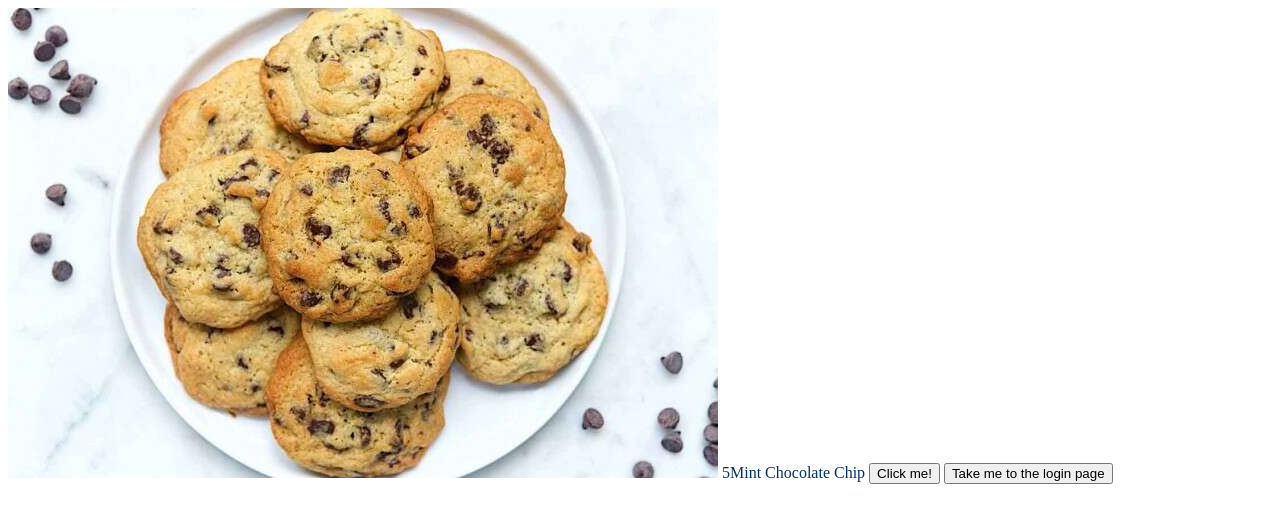
Repository: Alejandra-Pelayo/Alejandra-Pelayo.github.io
Page: 2.1.4/Global_Impact.html
The author's editor kept a record of every edit. The page is drawn from the files as they stood at one moment, then again after the next edit.
The browser window is 1280 px wide. The pictures show the whole page.

Above is the page before.

After the next edit:
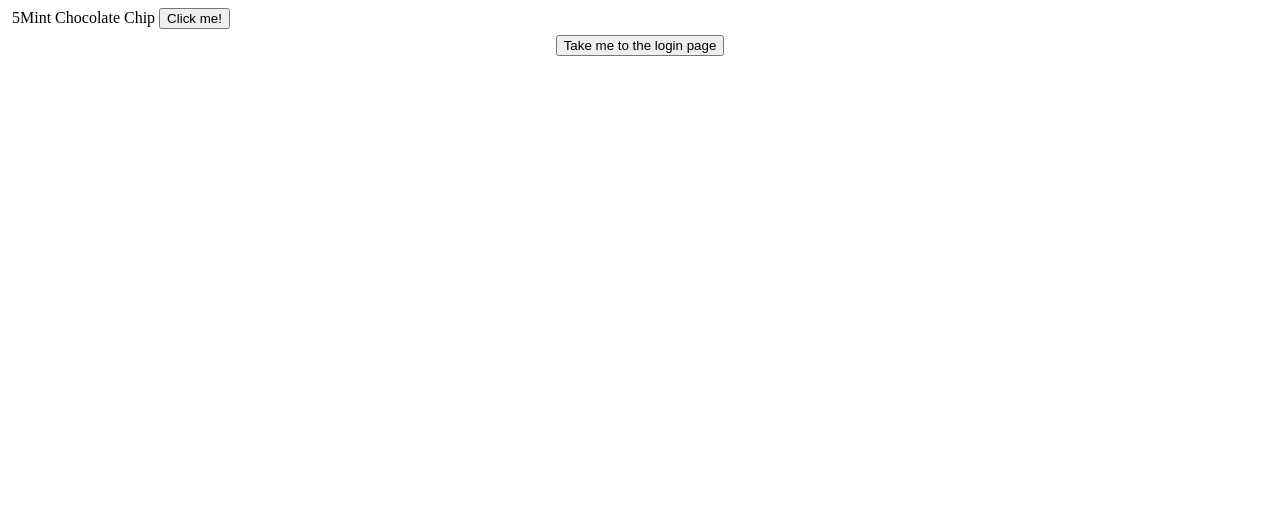
The edit:
--- a/2.1.4/Global_Impact.html
+++ b/2.1.4/Global_Impact.html
@@ -12,8 +12,8 @@
       </table>
     </body>
   </html>
-  <img src="cookies.jpg" />
-  <link href="icecream.css" rel="stylesheet" type="text/css">
+  <img  />
+  <link href="global_warming.css" rel="stylesheet" type="text/css">
 
 <tr><td>5</td><td>Mint Chocolate Chip</td></tr>
 <button type="button" onclick="Enviromental.html('You pressed the button!')">Click me!</button>
